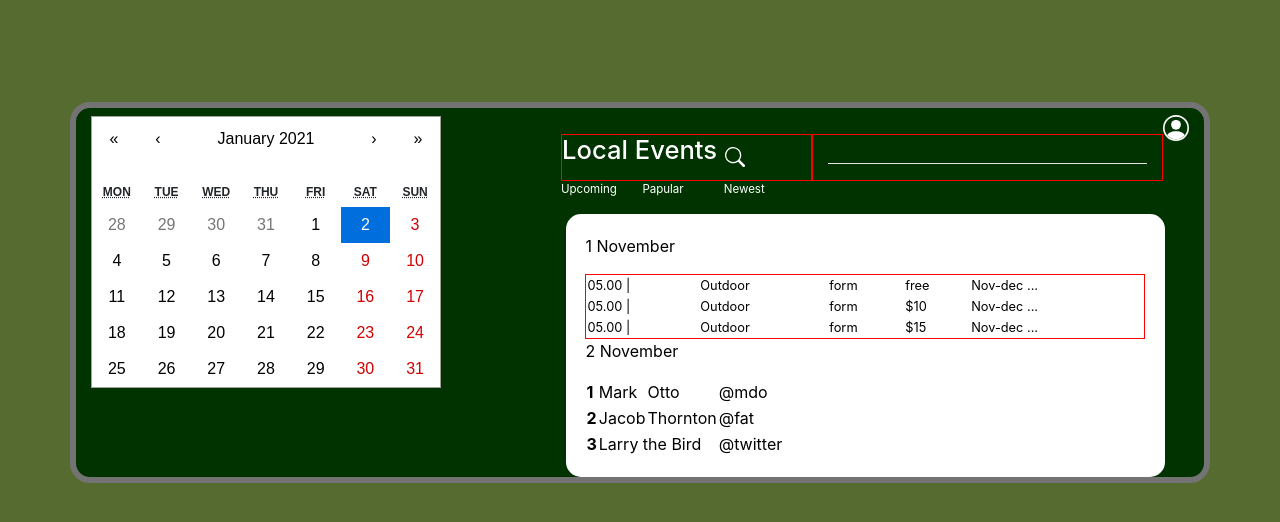
Repository: lalji-yadav/Calendar-code
Page: /
The author's editor kept a copy of each file at every save. The page is drawn from the files as they stood at one save, then again after the next save.
The browser window is 1280 px wide. The pictures show the whole page.
The project was rebuilt for these pictures with package versions that can differ from the ones it lists, and the page was loaded fresh each time. Also part of the build but not shown: src/App.css.

Above is the page before, as saved 2021-01-04 10:56:14.

After the next save:
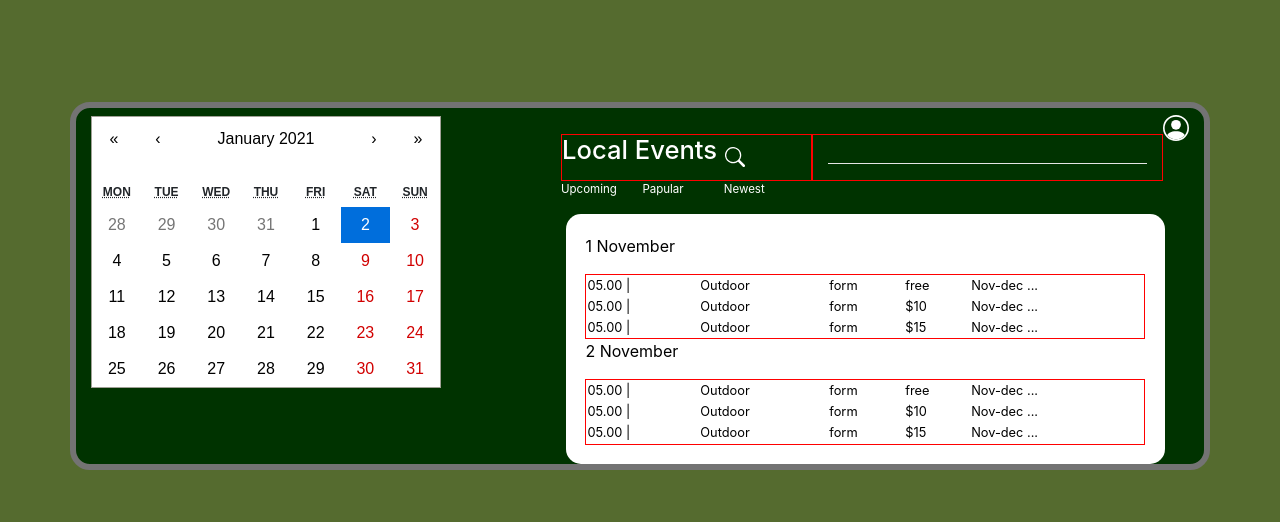
Saved 54 s later.
--- a/src/calendar/Home.js
+++ b/src/calendar/Home.js
@@ -83,25 +83,29 @@ function Home() {
                   </table>
 
                   <p> 2 November </p>
-                <table>
+                  <table  style={{width:"100%", fontSize:"1vw", border:"1px solid red"}}>
 
                     <tbody>
                       <tr>
-                        <th scope="row">1</th>
-                        <td>Mark</td>
-                        <td>Otto</td>
-                        <td>@mdo</td>
+                        <td>05.00 |</td>
+                        <td>Outdoor</td>
+                        <td>form</td>
+                        <td>free</td>
+                        <td>Nov-dec ...</td>
                       </tr>
                       <tr>
-                        <th scope="row">2</th>
-                        <td>Jacob</td>
-                        <td>Thornton</td>
-                        <td>@fat</td>
+                        <td>05.00 |</td>
+                        <td>Outdoor</td>
+                        <td>form</td>
+                        <td>$10</td>
+                        <td>Nov-dec ...</td>
                       </tr>
                       <tr>
-                        <th scope="row">3</th>
-                        <td colspan="2">Larry the Bird</td>
-                        <td>@twitter</td>
+                        <td>05.00 |</td>
+                        <td>Outdoor</td>
+                        <td>form</td>
+                        <td>$15</td>
+                        <td>Nov-dec ...</td>
                       </tr>
                     </tbody>
                   </table>
